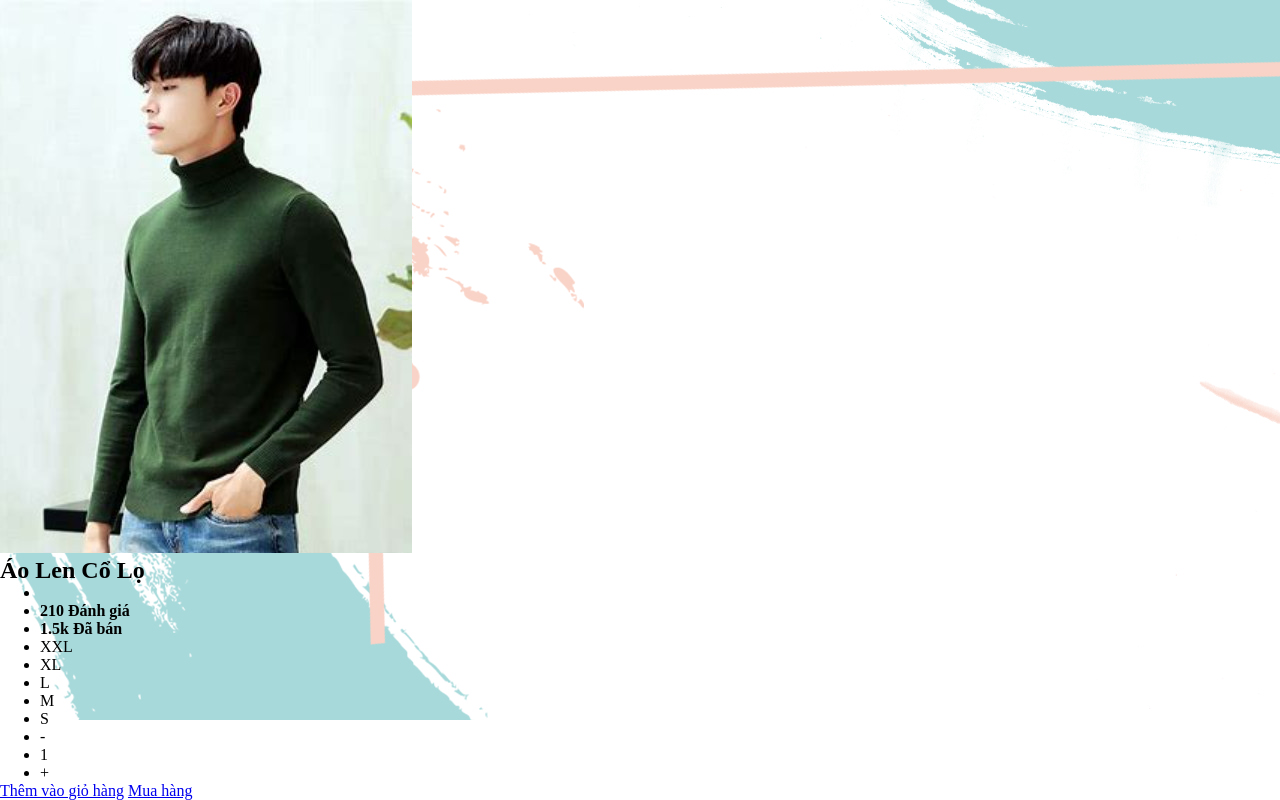
Repository: manhhieu120499/Project_ShopQuanAo
Page: html/chi_tiet_san_pham.html
These files come from the project's save history. The page is drawn as it stood at one moment and after the next save; the edit follows.
The browser window is 1280 px wide. The pictures show the whole page.

Above is the page before, as saved 2023-04-01 11:31:54.

After the next save:
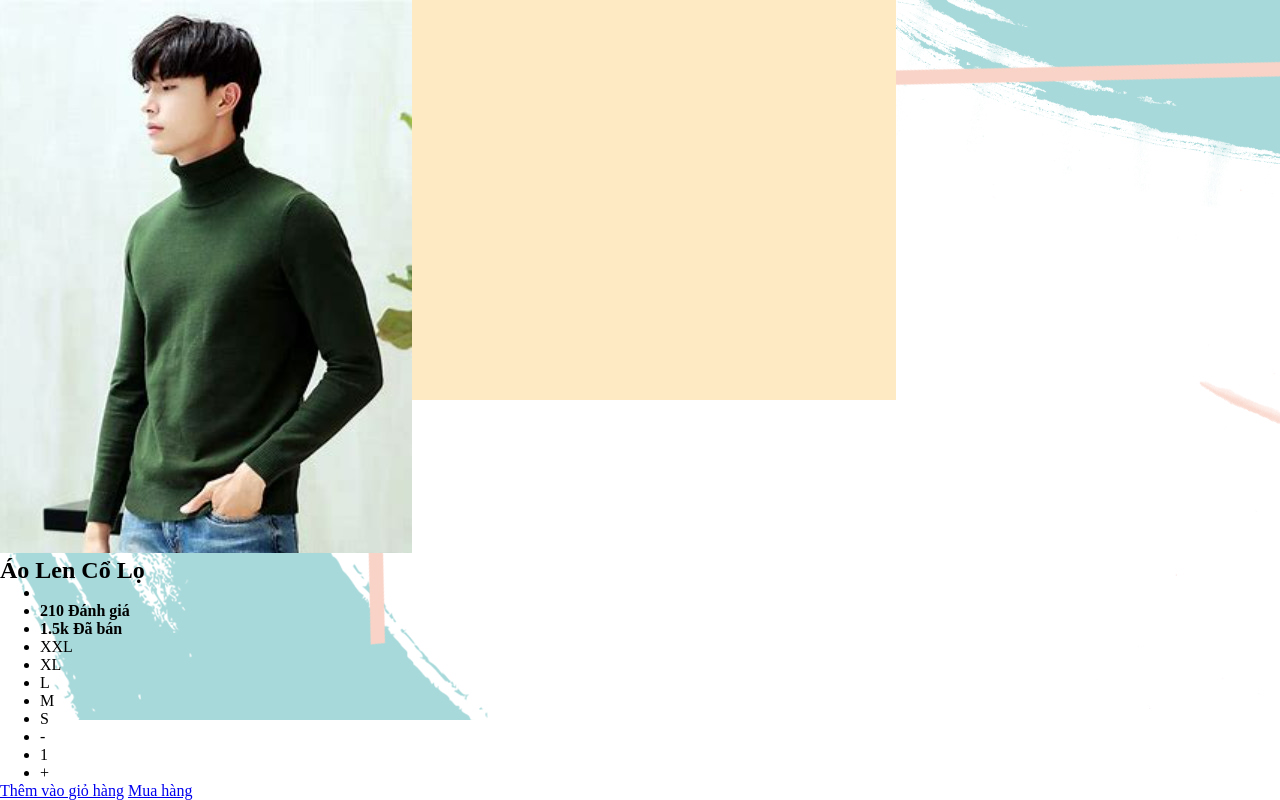
Saved 4 s later.
--- a/css/style_chitietsanpham.css
+++ b/css/style_chitietsanpham.css
@@ -12,5 +12,5 @@
 .container {
     width: 70%;
     height: 400px;
-    background-color: FEEAC3;
+    background-color: #FEEAC3;
 }
